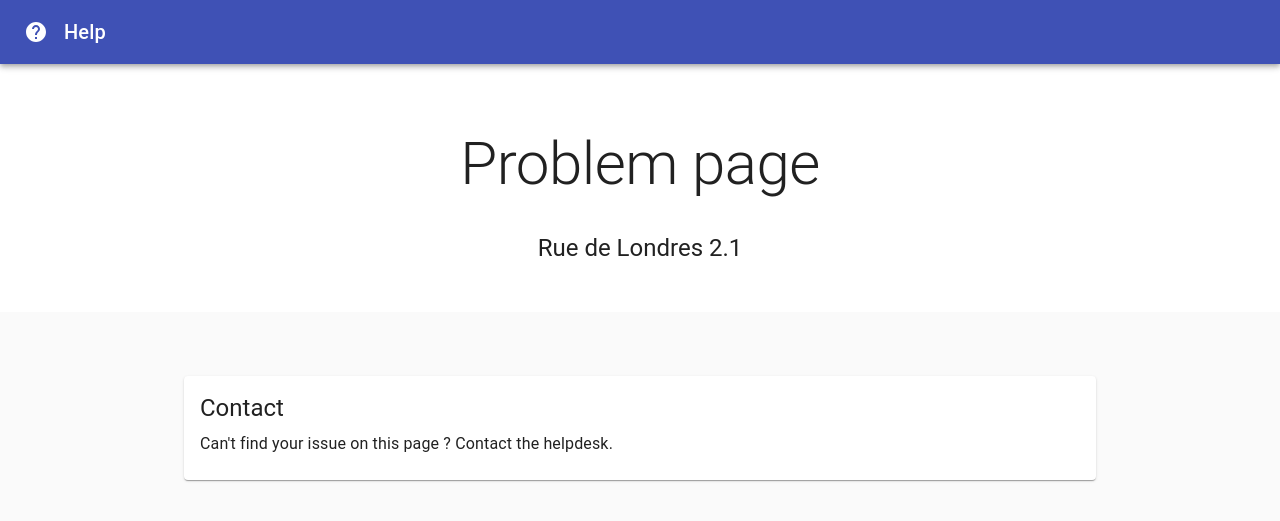
Repository: sapbrussels/intelligenthighway_webapp
Page: /Problempage (app in router/)
These files come from the project's save history. The page is drawn as it stood at one moment and after the next save; the edit follows.
The browser window is 1280 px wide. The pictures show the whole page.
The project was rebuilt for these pictures with package versions that can differ from the ones it lists, and the page was loaded fresh each time. Also part of the build but not shown: router/src/App.css, router/src/Login.js, router/src/Title.js, router/src/Maps.js, router/src/Jobspage.js, router/src/Direction.js, router/src/Maintenance.js, router/src/Help.js.

Above is the page before, as saved 2020-03-31 13:56:59.

### router/src/App.js
import React from 'react';
import {BrowserRouter, Route, Switch} from "react-router-dom";
import './App.css';
import Login from './Login';
import Jobspage from'./Jobspage';
import Maintenance from './Maintenance';
import Help from './Help';
import Problempage from './Problempage';

function App() {
  return (
    <BrowserRouter>
    <Switch>
     <Route path='/' exact component={Login}/>
     <Route path='/Jobspage' exact component={Jobspage}/>
     <Route path='/Maintenance' exact component={Maintenance}/>
     <Route path='/Help' exact component={Help}/>
     <Route path='/Problempage' exact component={Problempage}/>
     </Switch>
    </BrowserRouter>

  );
}

export default App;

### router/src/Problempage.js
import React from 'react';
import AppBar from '@material-ui/core/AppBar';
import Button from '@material-ui/core/Button';
import HelpIcon from '@material-ui/icons/Help';
import Card from '@material-ui/core/Card';
import { Link } from "react-router-dom";
import CardActions from '@material-ui/core/CardActions';
import CardContent from '@material-ui/core/CardContent';
import CardMedia from '@material-ui/core/CardMedia';
import CssBaseline from '@material-ui/core/CssBaseline';
import Grid from '@material-ui/core/Grid';
import Toolbar from '@material-ui/core/Toolbar';
import Typography from '@material-ui/core/Typography';
import { makeStyles } from '@material-ui/core/styles';
import Container from '@material-ui/core/Container';



const useStyles = makeStyles((theme) => ({
  icon: {
    marginRight: theme.spacing(2),
  },
  heroContent: {
    backgroundColor: theme.palette.background.paper,
    padding: theme.spacing(8, 0, 6),
  },
  heroButtons: {
    marginTop: theme.spacing(4),
  },
  cardGrid: {
    paddingTop: theme.spacing(8),
    paddingBottom: theme.spacing(8),
  },
  card: {
    height: '100%',
    display: 'flex',
    flexDirection: 'column',

  },
  cardMedia: {
    paddingTop: '100%', // 16:9
  },
  cardContent: {
    flexGrow: 1,
  },
  footer: {
    backgroundColor: theme.palette.background.paper,
    padding: theme.spacing(6),
  },
}));



export default function Album() {
  const classes = useStyles();

  return (
    <React.Fragment>
      <CssBaseline />
      <AppBar position="relative">
        <Toolbar>
          <HelpIcon className={classes.icon} />
          <Typography variant="h6" color="inherit" noWrap>
            Help
          </Typography>
        </Toolbar>
      </AppBar>
      <main>
        {/* Hero unit */}
        <div className={classes.heroContent}>
          <Container maxWidth="sm">
            <Typography component="h1" variant="h2" align="center" color="textPrimary" gutterBottom>
              Problem page
            </Typography>
            <div className={classes.heroButtons}>
              <Grid container spacing={2} justify="center">
                <Grid item>
                <Typography variant="h5">
                 Rue de Londres 2.1
                </Typography>
                </Grid>
              </Grid>
            </div>
          </Container>
        </div>
        <Container className={classes.cardGrid} maxWidth="md">
          {/* End hero unit */}
            <Grid container spacing={2}>
            <Grid item xs={12} >
                <Card className={classes.card}>

                  <CardContent className={classes.cardContent}>
                    <Typography gutterBottom variant="h5" component="h2">
                      Contact
                    </Typography>
                    <Typography>
                      Can't find your issue on this page ? Contact the helpdesk.
                    </Typography>
                  </CardContent>
                </Card>
              </Grid>


            </Grid>
          </Container>
      </main>
    </React.Fragment>
  );
}

### router/src/listItems.js
import React from 'react';
import ListItem from '@material-ui/core/ListItem';
import ListItemIcon from '@material-ui/core/ListItemIcon';
import ListItemText from '@material-ui/core/ListItemText';
import DashboardIcon from '@material-ui/icons/Dashboard';
import ShoppingCartIcon from '@material-ui/icons/ShoppingCart';
import PeopleIcon from '@material-ui/icons/People';
import { Link } from "react-router-dom";

export const mainListItems = (
  <div>
        <ListItem >
          <ListItemIcon>
            <DashboardIcon />
          </ListItemIcon>
          <ListItemText  primary="jobs page" />
        </ListItem>
      <Link to='/Maintenance'>
          <ListItem button>
          <ListItemIcon>
            <ShoppingCartIcon />
          </ListItemIcon>
          <ListItemText primary="History" />
        </ListItem></Link>
      <Link to='/Help'>
          <ListItem button>
          <ListItemIcon>
            <PeopleIcon />
          </ListItemIcon>
          <ListItemText primary="help" />
        </ListItem></Link>
  </div>
);

### router/src/LightStatus.js
import React from 'react';
import Link from '@material-ui/core/Link';
import { makeStyles } from '@material-ui/core/styles';
import Table from '@material-ui/core/Table';
import TableBody from '@material-ui/core/TableBody';
import TableCell from '@material-ui/core/TableCell';
import TableHead from '@material-ui/core/TableHead';
import TableRow from '@material-ui/core/TableRow';
import Rectangle from 'react-rectangle';
import Title from './Title';



// Generate Order Data
function createData(id, street_light, status,light) {
  return { street_light, status, light};
}

const rows = [
  createData(0, 'Boulevard Avroy 1.9', 'ON', <Rectangle aspectRatio={[3,3]}>
  <div style={{ background: '#008000',  width: '40%', height: '40%' }} />
</Rectangle>),
  createData(1, 'Rue de Londres 2.1', 'OFF',<Rectangle aspectRatio={[3,3]}>
  <div style={{ background: '#FFFFFF', width: '40%', height: '40%' }} />
</Rectangle>),
  createData(2, 'Rue de Londres 2.3', 'X',<Rectangle aspectRatio={[3,3]}>
  <div style={{ background: '#FF0000', width: '40%', height: '40%' }} />
</Rectangle>),
];

function preventDefault(event) {
  event.preventDefault();
}

const useStyles = makeStyles((theme) => ({
  seeMore: {
    marginTop: theme.spacing(3),
    padding: '20px',
    borderRadius:'10px',
  },
}));

export default function LightStatus() {
  const classes = useStyles();
  return (
    <React.Fragment>
      <Title>Light status</Title>
      <Table size="small">
        <TableHead>
          <TableRow>
            <TableCell>street light</TableCell>
            <TableCell>status</TableCell>
            <TableCell></TableCell>
          </TableRow>
        </TableHead>
        <TableBody>
          {rows.map((row) => (
            <TableRow key={row.id}>
              <TableCell>{row.street_light}</TableCell>
              <TableCell> {row.status}</TableCell>
              <TableCell> {row.light}</TableCell>
            </TableRow>
          ))}
        </TableBody>
      </Table>
      <div className={classes.seeMore}>
        <Link color="primary" href="#" onClick={preventDefault}>
          See more lights
        </Link>
      </div>
    </React.Fragment>
  );
}

### router/src/Jobslist.js
import React from 'react';
import {Link} from 'react-router-dom';
import { makeStyles } from '@material-ui/core/styles';
import Table from '@material-ui/core/Table';
import TableBody from '@material-ui/core/TableBody';
import TableCell from '@material-ui/core/TableCell';
import TableHead from '@material-ui/core/TableHead';
import TableRow from '@material-ui/core/TableRow';
import Title from './Title';

// Generate Order Data
function createData(id, location, job, accept, info) {
  return { id, location, job, accept, info };
}

const rows = [
    createData(0, 'Boulevard Avroy 1.9', 'Maintenance',<Link to="/Maintenance"><button>Accept</button></Link>),
    createData(1, 'Rue de Londres 2.1', 'Fix issue',<button>Accept</button>, <Link to="/Problempage"><button>find more info</button></Link>),
];

function preventDefault(event) {
  event.preventDefault();
}

const useStyles = makeStyles((theme) => ({
  seeMore: {
    marginTop: theme.spacing(3),
    padding: '20px',
    borderRadius:'10px',
  },
}));

    export default function Jobslist() {
    const classes = useStyles();
    return (
        <React.Fragment>
        <Title>jobs available</Title>
        <Table size="small">
            <TableHead>
            <TableRow>
                <TableCell>location</TableCell>
                <TableCell>job</TableCell>
                <TableCell>Accept the job</TableCell>
                <TableCell>More info</TableCell>
            </TableRow>
            </TableHead>
            <TableBody>
            {rows.map((row) => (
                <TableRow key={row.id}>
                <TableCell>{row.location}</TableCell>
                <TableCell>{row.job}</TableCell>
                <TableCell>{row.accept}</TableCell>
                <TableCell>{row.info}</TableCell>
                </TableRow>
            ))}
            </TableBody>
        </Table>
        <div className={classes.seeMore}>
            <Link color="primary" href="#" onClick={preventDefault}>
            See more orders
            </Link>
        </div>
        </React.Fragment>
    );
}

### router/src/Checklist.js
import React from 'react';
import Link from '@material-ui/core/Link';
import { makeStyles } from '@material-ui/core/styles';
import Table from '@material-ui/core/Table';
import TableBody from '@material-ui/core/TableBody';
import TableCell from '@material-ui/core/TableCell';
import TableHead from '@material-ui/core/TableHead';
import TableRow from '@material-ui/core/TableRow';
import Title from './Title';
import { Checkbox } from '@material-ui/core';

// Generate Order Data
function createData(id, check, tasks) {
  return { id, check, tasks };
}

const rows = [
  createData(0, <Checkbox></Checkbox>,'Turn all switches OFF & ON to stop dust build up'),
  createData(1, <Checkbox></Checkbox>,'turn all circuit-breakers OFF and reset'),
  createData(2, <Checkbox></Checkbox>,'Check for high resistance joints'),
  createData(3, <Checkbox></Checkbox>,'clean PE cell faces then cover to test functionnality'),
  createData(4, <Checkbox></Checkbox>,'check MEN and earthing'),
  createData(0, <Checkbox></Checkbox>,'Luminaire cleaning and inspection'),
  createData(1, <Checkbox></Checkbox>,'Inspect for any sign of vermin damage in the cabinet'),
  createData(2, <Checkbox></Checkbox>,'Remove grafitit on cabinet'),
  createData(3, <Checkbox></Checkbox>,'Trim all trees that interfere with solar-panels and light output of lulinaires'),
  createData(4, <Checkbox></Checkbox>,'Check all support structures for their integreties'),
  createData(3, <Checkbox></Checkbox>,'Installation, maintenance and replacement of post indentification label'),
  createData(4, <Checkbox></Checkbox>,'Installation, maintenace and replacement of supply point indentification labels'),
];


const useStyles = makeStyles((theme) => ({
  seeMore: {
    marginTop: theme.spacing(3),

  },
}));

export default function Orders() {
  const classes = useStyles();
  return (
    <React.Fragment>
      <Title>Maintenance checklist</Title>
      <Table size="small">
        <TableHead>
          <TableRow>
            <TableCell></TableCell>
            <TableCell>tasks</TableCell>

          </TableRow>
        </TableHead>
        <TableBody>
          {rows.map((row) => (
            <TableRow key={row.id}>
              <TableCell>{row.check}</TableCell>
              <TableCell>{row.tasks}</TableCell>
            </TableRow>
          ))}
        </TableBody>
      </Table>
      <div className={classes.seeMore}>
        <Link><button>Finished</button></Link>
      </div>
    </React.Fragment>
  );
}

Loaded but not shown: router/public/index.html (common file); router/src/index.js (common file); router/src/index.css (common file); router/src/serviceWorker.js (common file)

After the next save:
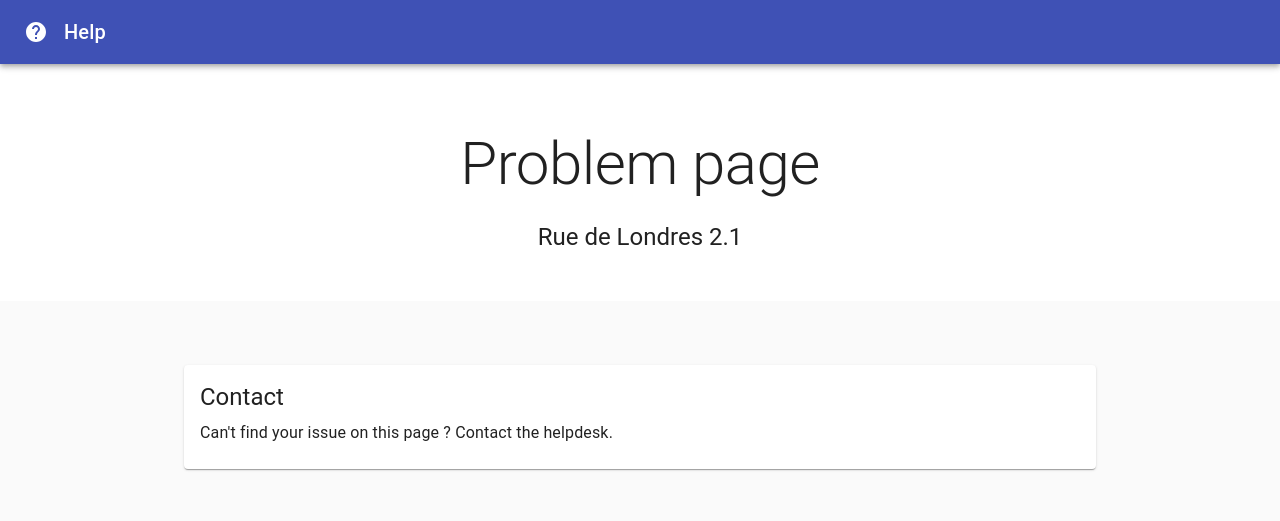
Saved 20 min 48 s later.
--- a/router/src/Problempage.js
+++ b/router/src/Problempage.js
@@ -72,7 +72,7 @@ export default function Album() {
             <Typography component="h1" variant="h2" align="center" color="textPrimary" gutterBottom>
               Problem page
             </Typography>
-            <div className={classes.heroButtons}>
+
               <Grid container spacing={2} justify="center">
                 <Grid item>
                 <Typography variant="h5">
@@ -80,7 +80,7 @@ export default function Album() {
                 </Typography>
                 </Grid>
               </Grid>
-            </div>
+
           </Container>
         </div>
         <Container className={classes.cardGrid} maxWidth="md">
